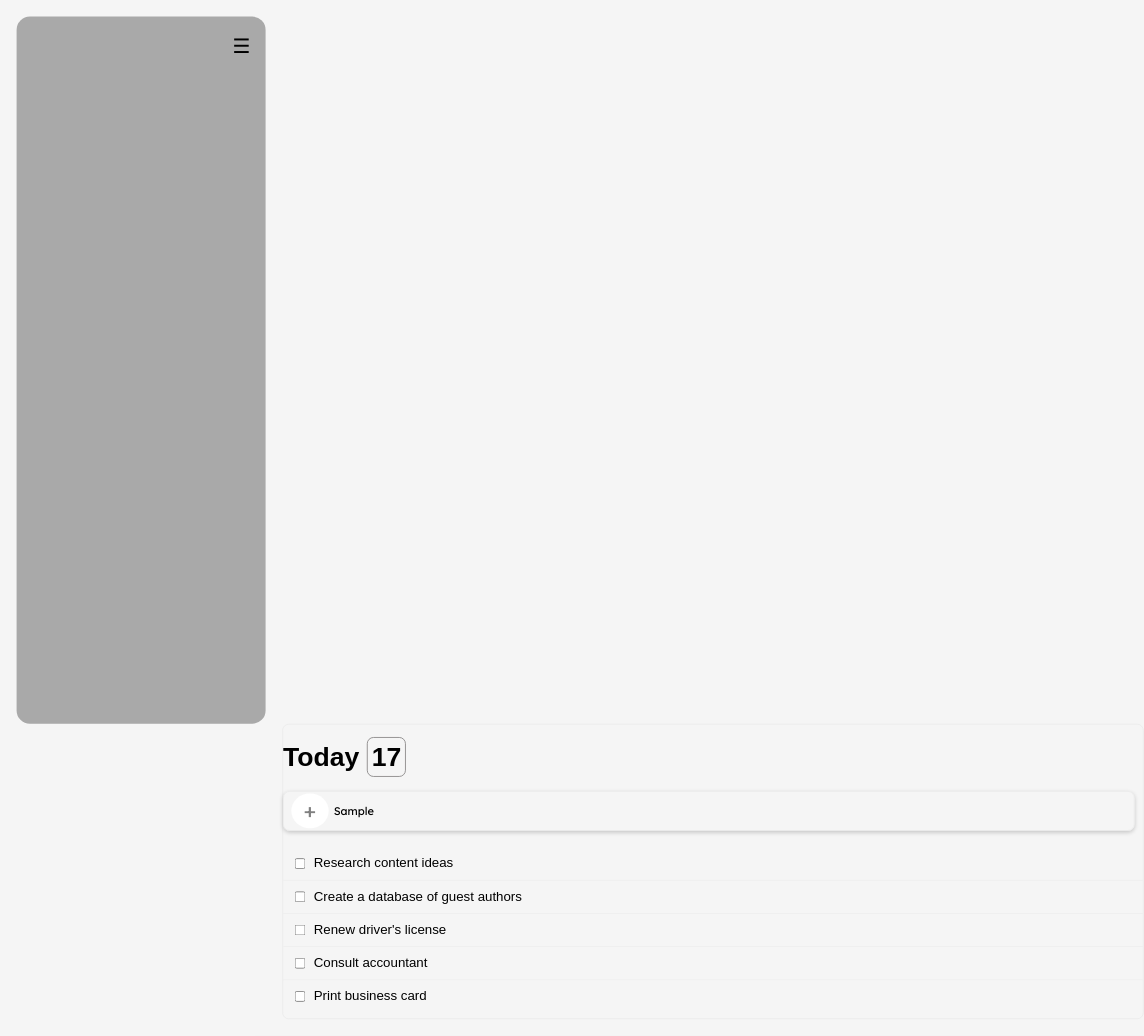
Repository: WeyehnR/Todo-App-e8719e15efb8a3743d14c47aa9ae2115442426d2
Page: Client/index.html
These files come from the project's save history. The page is drawn as it stood at one moment and after the next save; the edit follows.
The browser window is 1280 px wide. The page is 1378 px wide, then 1280 px, then 1378 px, so the pictures cover 1378 px, including what lies to the right of the window. The pictures show the whole page, at 83% of full size.
Empty fields were first filled with sample values (such as "Sample", 5 or name@example.com).
After loading, the first visible `#ham-menu-toggle` was clicked once.

Above is the page before, as saved 2023-11-17 15:33:04.

### Client/index.html
<!DOCTYPE html>
<html lang="en">
<head>
    <meta charset="UTF-8">
    <meta name="viewport" content="width=device-width, initial-scale=1.0">
    <title>Todo List Application</title>
    <link href="https://fonts.googleapis.com/css2?family=Lexend+Deca&display=swap" rel="stylesheet">
    <link rel="stylesheet" href="styles.css">
</head>
<body>
    <div class="menu-container">
        <div class="hamburger" id="ham-menu-toggle">&#9776;</div>
        <div class="menu-card" id="menu-card">
            <!-- Content of the expanded gray card goes here -->
        </div>
    </div>
    <div class="todo-container">
        <div class="date-header">
          <h1>Today <span id="dayOfMonth"></span></h1>
        </div>
        <div class="add-task">
            <input type="text" placeholder="Add New Task" id="new-task-input">
            <button id="add-task-btn">+</button>
        </div>
        <ul class="todo-list">
            <li><input type="checkbox" id="task-1"><label for="task-1">Research content ideas</label></li>
            <li><input type="checkbox" id="task-2"><label for="task-2">Create a database of guest authors</label></li>
            <li><input type="checkbox" id="task-3"><label for="task-3">Renew driver's license</label></li>
            <li><input type="checkbox" id="task-4"><label for="task-4">Consult accountant</label></li>
            <li><input type="checkbox" id="task-5"><label for="task-5">Print business card</label></li>
        </ul>
    </div>
    <div class="menu-card" id="menu-card">
        <!-- Content of the expanded gray card goes here -->
    </div>
    <script src="main.js"></script>
</body>
</html>

### Client/styles.css

body {
    font-family: 'Arial', sans-serif;
    background-color: whitesmoke;
    margin: 0;
    padding: 20px;
}

.todo-container {
    top: 120px;
    left: 378px;
    width: 1038px;
    height: 356px;
    background-color: rgba(250,250,250,0);
    border-radius: 8px;
    border: 1px solid #ebebeb;
    box-sizing: border-box;
    flex-grow: 1;
    transition: margin-left 0.3s ease; /* Add a transition for smooth shifting */
}

#dayOfMonth {
    border: 1px solid #838181;
    border-radius: 8px;
    padding: 5px;
}

.header {
    display: flex;
    align-items: center;
}
/* Style for the hamburger icon */
.hamburger {
    position:absolute;
    font-size: 24px; /* Adjust the size as needed */
    top: 40px; /* Adjust the top position for the icon */
    left: 25px; /* Adjust the left position for the icon */
    cursor: pointer;
    font-family: 'Lexend Deca';
    z-index: 2;
}

.hamburger.expanded {
    top: 40px; /* Align with the top of the expanded menu card */
    left: 280px; /* Align with the left of the expanded menu card */
}


.menu-container{
    display: flex;
}

/* Style for the gray menu card */
.menu-card {
    width: 0; /* Initially hidden */
    height: 100%;
    overflow: hidden;
    transition: width 0.3s ease; /* Add a transition for smooth expansion */
    z-index: 1; /* Ensure the menu card is above other content */
}

/* Style for the content within the menu card */
.menu-card-content {
    padding: 20px;
    /* Add additional styling as needed for the expanded card content */
}

/* Adjust the width when the menu card is expanded */
.menu-card.expanded {
    width: 300px; /* Adjust the width as desired */
    background-color: darkgray; /* Adjust the text color as desired */
    top: 24px;
    left: 24px;
    height: 852px;
    border-radius: 16px;
}

/* Shift the todo-container when the menu card is expanded */
.todo-container.expanded {
    margin-left: 320px; /* Match the width of the menu card */
    top: 400px;
}

.header h1 {
    margin: 0;
    font-size: 24px;
}

.header span {
    color: #888;
}

.add-task input {
    width: 100%;
    padding: 10px;
    margin-bottom: 20px;
    border: 1px solid #ddd;
    box-sizing: border-box;
}

.todo-list {
    list-style: none;
    padding: 0;
    margin: 0;
}

.todo-list li {
    padding: 10px;
    border-bottom: 1px solid #eee;
    display: flex;
    align-items: center;
}

.todo-list li:last-child {
    border-bottom: none;
}

input[type="checkbox"] {
    margin-right: 10px;
}

/* You can add more styles for checked tasks or interactive states */

/* ... other styles ... */

.add-task {
    display: flex;
    align-items: center;
    position: relative; /* Add this line */
}

.add-task input[type="text"] {
    top: 120px;
    left: 378px;
    width: 1038px;
    height: 48px;
    background-color: rgba(250,250,250,0);
    border-radius: 8px;
    border: 1px solid #ebebeb;
    box-sizing: border-box;
    flex-grow: 1;
    padding: 10px;
    padding-left: 60px; /* Add space for the button */
    margin-right: 10px;
    box-shadow: 0 2px 5px rgba(0, 0, 0, 0.2);
    font-family: 'Lexend Deca';
}


.add-task button {
    position: absolute; /* Add this line */
    left: 10px; /* Adjust as needed */
    top: 35%;
    transform: translateY(-50%); /* This centers the button vertically */
    display: flex;
    justify-content: center;
    align-items: center;
    padding: 1px 15px;
    border: none;
    border-radius: 50%; /* This creates the round shape for the button */
    background-color: rgb(255, 255, 255); /* Replace with the desired button color */
    color: gray;
    font-size: 25px;
    cursor: pointer;
    font-family: 'Lexend Deca';
}

/* ... rest of the styles ... */

/* Styles to ensure the input and button are aligned properly */
.add-task input[type="text"], .add-task button {

    line-height: 40px; /* Adjust line height to vertically center the text */
}

/* Adding some interactivity to the button */
.add-task button:hover {
    background-color: rgb(185, 181, 181); /* Darker shade when hovering */
}

/* ... additional styles and responsive adjustments ... */

### Client/main.js
const getElementById = (element) => document.getElementById(element);
const querySelector = (element) => document.querySelector(element);
document.addEventListener("DOMContentLoaded", function () {
    // Your JavaScript code here
    const currentDate = new Date();
    const dayOfMonth = currentDate.getDate();
    const dayOfMonthElement = getElementById("dayOfMonth");
    dayOfMonthElement.textContent = dayOfMonth;
});

// Get references to the hamburger icon, menu card, and todo-container
const hamburger = document.getElementById("ham-menu-toggle");
const menuCard = document.getElementById("menu-card");
const todoContainer = document.querySelector(".todo-container");

// Add a click event listener to toggle the menu card's expanded state
hamburger.addEventListener("click", () => {
  menuCard.classList.toggle("expanded");
  todoContainer.classList.toggle("expanded");
  hamburger.classList.toggle("expanded");
});

After the next save:
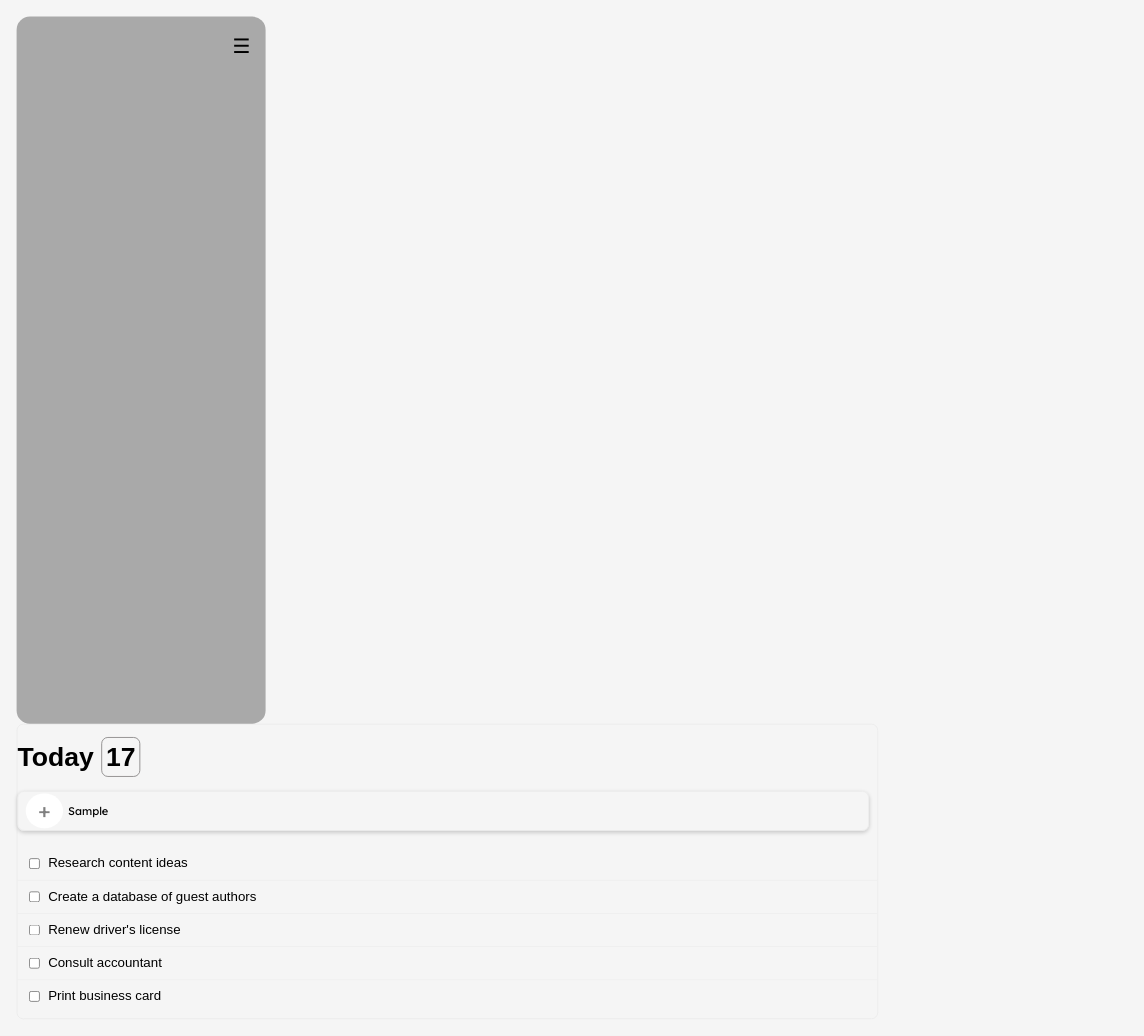
Saved 20 s later.
--- a/Client/styles.css
+++ b/Client/styles.css
@@ -75,11 +75,7 @@ body {
     border-radius: 16px;
 }
 
-/* Shift the todo-container when the menu card is expanded */
-.todo-container.expanded {
-    margin-left: 320px; /* Match the width of the menu card */
-    top: 400px;
-}
+
 
 .header h1 {
     margin: 0;

After the save that followed:
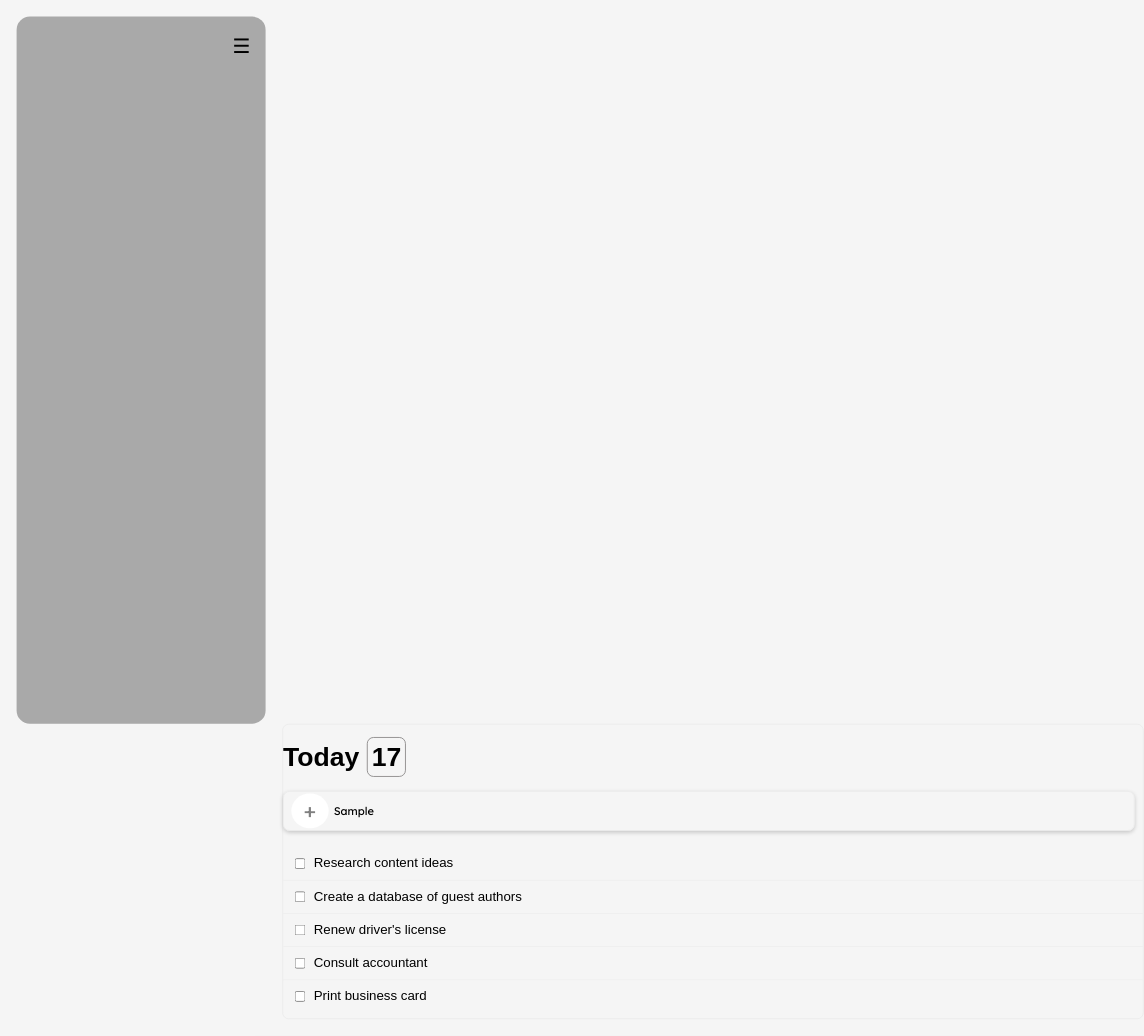
Saved 5 s later.
--- a/Client/styles.css
+++ b/Client/styles.css
@@ -17,6 +17,12 @@ body {
     box-sizing: border-box;
     flex-grow: 1;
     transition: margin-left 0.3s ease; /* Add a transition for smooth shifting */
+}
+
+/* Shift the todo-container when the menu card is expanded */
+.todo-container.expanded {
+    margin-left: 320px; /* Match the width of the menu card */
+    top: 400px;
 }
 
 #dayOfMonth {
